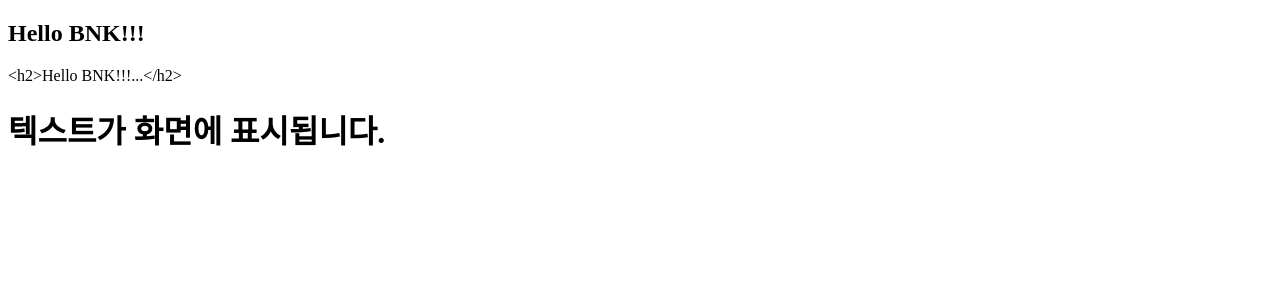
Repository: pvntlc/D-IT-Tech-Internship
Page: Servlet_JSP/Day5/src/main/webapp/dom/3-1.element.html
These files come from the project's save history. The page is drawn as it stood at one moment and after the next save; the edit follows.
The browser window is 1280 px wide. The pictures show the whole page.

Above is the page before, as saved 2023-09-15 02:35:31.

### Servlet_JSP/Day5/src/main/webapp/dom/3-1.element.html
<!DOCTYPE html>
<html lang="en">
  <head>
    <meta charset="UTF-8" />
    <meta name="viewport" content="width=device-width, initial-scale=1.0" />
    <title>DOM 변경 - 화면에 태그 추가</title>
    <script type="text/javascript">
      window.onload = function () {
        var html = document.getElementById("divHtml");
       // var divText = document.getElementById("divText");

        html.innerHTML = "<h2>Hello BNK!!!</h2>";
        divText.innerText = "<h2>Hello BNK!!!...</h2>";

        // 변수를 선언하고 element node와 text node 생성.
        var title = document.createElement("h1");
        var msg = document.createTextNode("텍스트가 화면에 표시됩니다.");

        // text node를 element node에 추가.
        title.appendChild(msg);
        document.body.appendChild(title);
      };
    </script>
  </head>
  <body>
    <div id="divHtml"></div>
    <div id="divText"></div>
  </body>
</html>

After the next save:
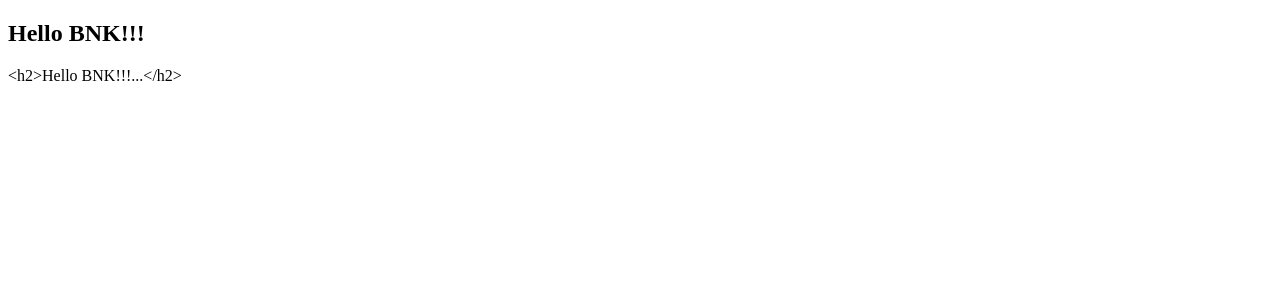
Console error (its wording comes from the project's code and is left out).
Saved 12 s later.
--- a/Servlet_JSP/Day5/src/main/webapp/dom/3-1.element.html
+++ b/Servlet_JSP/Day5/src/main/webapp/dom/3-1.element.html
@@ -13,7 +13,7 @@
         divText.innerText = "<h2>Hello BNK!!!...</h2>";
 
         // 변수를 선언하고 element node와 text node 생성.
-        var title = document.createElement("h1");
+        var title = document.createElement("<form>");
         var msg = document.createTextNode("텍스트가 화면에 표시됩니다.");
 
         // text node를 element node에 추가.

After the save that followed:
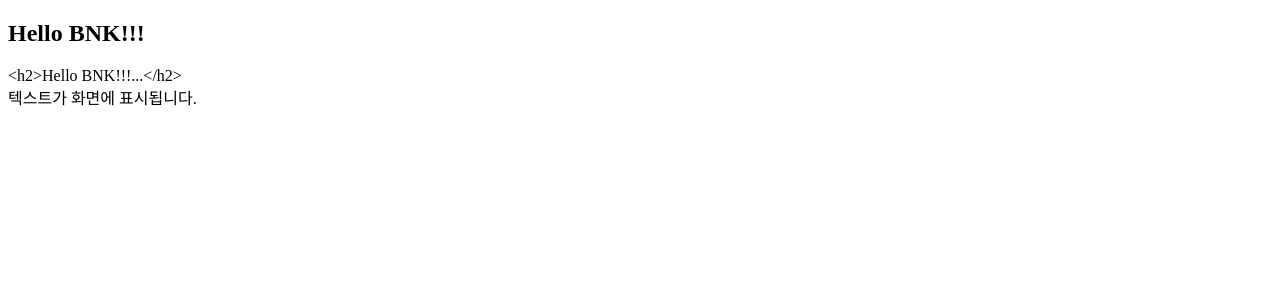
The error is gone.
Saved 4 s later.
--- a/Servlet_JSP/Day5/src/main/webapp/dom/3-1.element.html
+++ b/Servlet_JSP/Day5/src/main/webapp/dom/3-1.element.html
@@ -13,7 +13,7 @@
         divText.innerText = "<h2>Hello BNK!!!...</h2>";
 
         // 변수를 선언하고 element node와 text node 생성.
-        var title = document.createElement("<form>");
+        var title = document.createElement("form");
         var msg = document.createTextNode("텍스트가 화면에 표시됩니다.");
 
         // text node를 element node에 추가.
